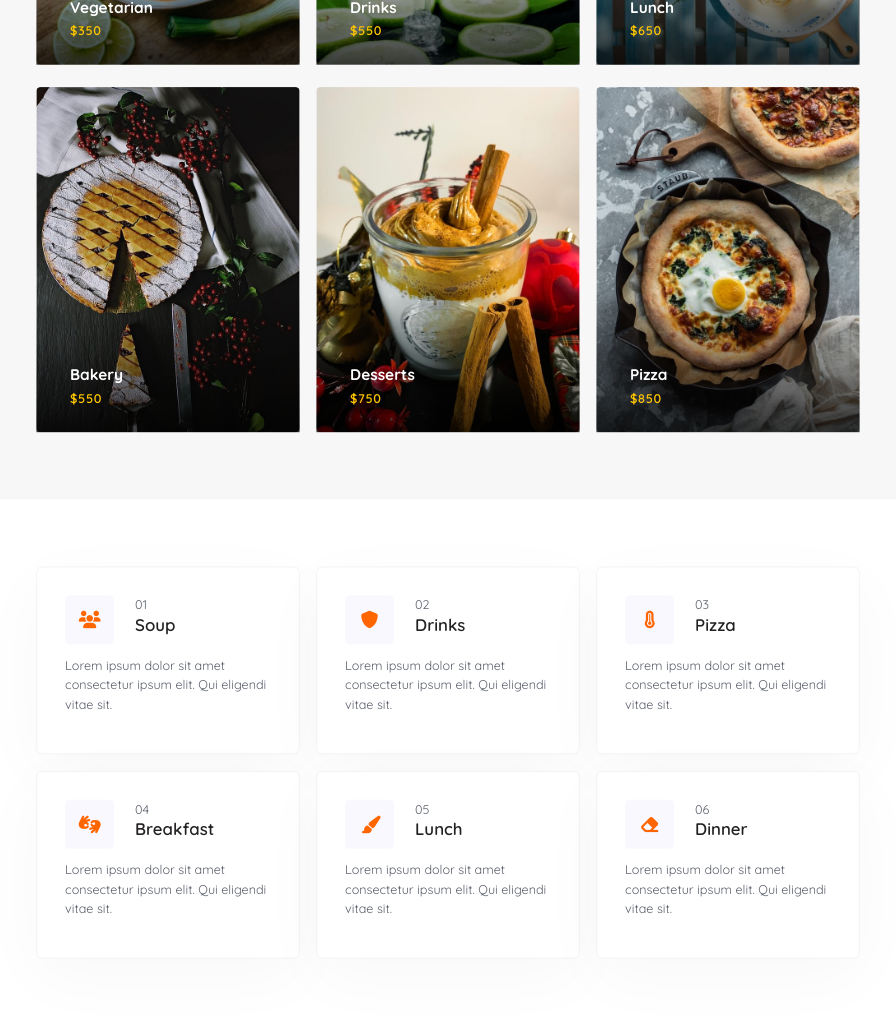
Repository: minhtrivu6199/Diner
Page: index.html
The author's editor kept a copy of each file at every save. The page is drawn from the files as they stood at one save, then again after the next save.
The browser window is 1280 px wide. The pictures show the part of the page from y = 2378 to 4298 px (the page is 3844 px tall before and 4298 px after), at 70% of full size.
Backgrounds fixed to the window are drawn as part of the page. The style sheet was rebuilt from its Sass, Less or Tailwind sources for each picture, by a compiler version that may differ from the author's.

Above is the page before, as saved 2022-10-12 14:55:50.

### index.html
<!DOCTYPE html>
<html lang="en">
  <head>
    <title>Diner</title>
    <!-- Required meta tags -->
    <meta charset="utf-8" />
    <meta
      name="viewport"
      content="width=device-width, initial-scale=1, shrink-to-fit=no"
    />
    <!-- FontAwesome 6.2.0 CSS -->
    <link
      rel="stylesheet"
      href="https://cdnjs.cloudflare.com/ajax/libs/font-awesome/6.2.0/css/all.min.css"
      integrity="sha512-xh6O/CkQoPOWDdYTDqeRdPCVd1SpvCA9XXcUnZS2FmJNp1coAFzvtCN9BmamE+4aHK8yyUHUSCcJHgXloTyT2A=="
      crossorigin="anonymous"
      referrerpolicy="no-referrer"
    />

    <!-- Font -->
    <link rel="preconnect" href="https://fonts.googleapis.com" />
    <link rel="preconnect" href="https://fonts.gstatic.com" crossorigin />
    <link
      href="https://fonts.googleapis.com/css2?family=Roboto:wght@100;300;400;500;700;900&display=swap"
      rel="stylesheet"
    />
    <link
      href="https://fonts.googleapis.com/css2?family=Pacifico&display=swap"
      rel="stylesheet"
    />
    <link
      href="https://fonts.googleapis.com/css2?family=Quicksand:wght@300;400;500;600;700&display=swap"
      rel="stylesheet"
    />

    <!-- Bootstrap CSS v5.2.1 -->
    <link
      href="https://cdn.jsdelivr.net/npm/bootstrap@5.2.1/dist/css/bootstrap.min.css"
      rel="stylesheet"
      integrity="sha384-iYQeCzEYFbKjA/T2uDLTpkwGzCiq6soy8tYaI1GyVh/UjpbCx/TYkiZhlZB6+fzT"
      crossorigin="anonymous"
    />
    <!-- CSS -->
    <link rel="stylesheet" href="./css/style.min.css" />
  </head>

  <body>
    <!-- HEADER BANNER -->
    <section class="header-banner">
      <div class="container">
        <!-- BANNER HEADER -->
        <div class="banner-header">
          <div class="banner-logo">
            <h1>
              <a href="" class="logo-brand">Diner</a>
            </h1>
          </div>
          <div class="banner-right-content">
            <div class="search-bar">
              <form class="search position-relative">
                <input
                  type="search"
                  class="search-input"
                  placeholder="Search here..."
                />
                <span class="fa fa-search search-icon"></span>
              </form>
            </div>
            <div class="menu text-center ms-3">
              <div class="mobile-position">
                <nav class="navigation">
                  <div class="theme-switch-wrapper">
                    <label for="checkbox" class="theme-switch">
                      <input type="checkbox" id="checkbox" />
                      <div class="mode-container">
                        <i class="gg-sun"></i>
                        <i class="gg-moon"></i>
                      </div>
                    </label>
                  </div>
                </nav>
              </div>
              <div class="mobile-nav-button text-center">
                <button id="trigger-overlay" type="button">
                  <i class="fa fa-bars" aria-hidden="true"></i>
                </button>
              </div>
            </div>
          </div>
          <!-- NAV MENU -->
          <div class="overlay overlay-scale">
            <button type="button" class="overlay-close">
              <i class="fa fa-times" aria-hidden="true"></i>
            </button>

            <nav>
              <ul>
                <li><a href="index.html" class="active">Home</a></li>
                <li><a href="about.html">About</a></li>
                <li><a href="services.html">Services</a></li>
                <li><a href="blog.html">Blog</a></li>
                <li><a href="error.html">404</a></li>
                <li><a href="">Landing Page</a></li>
                <li><a href="contact.html">Contact</a></li>
                <li><a href="">Shot Codes</a></li>
                <li><a href="">Email</a></li>
              </ul>
            </nav>
          </div>
          <!-- END NAV MENU -->
        </div>
        <!-- END BANNER HEADER -->
        <div class="banner-info">
          <h3 class="mb-4 title">
            The only thing we love more than food is you!
          </h3>
          <div class="separator"></div>
          <p class="pr-lg-5 mt-md-4 mt-3">
            Lorem ipsum dolor sit amet consectetur ipsum elit. Qui eligendi
            vitae sit.Ea ipsum sed consequuntur illum facere.
          </p>
          <a class="btn btn-white mt-sm-5 mt-4 mr-2" href="about.html">
            Read More
            <span class="fa fa-chevron-right ms-2" aria-hidden="true"></span>
          </a>
        </div>
      </div>
    </section>
    <!-- END HEADER -->

    <!-- ABOUT -->
    <section class="about-us py-5">
      <div class="container py-md-5">
        <div class="row content">
          <div class="col-lg-5 content-left">
            <div class="about-title">
              <h6 class="subtitle">About Us</h6>
              <h3 class="title mb-4">
                We found our creative space that is open for you.
              </h3>
            </div>
          </div>
          <div class="col-lg-7 content-right ps-lg-5">
            <p>
              Lorem ipsum viverra feugiat. Pellen tesque libero ut justo,
              ultrices in ligula. Semper at tempufddfel. Lorem ipsum dolor sit
              amet elit. Non quae, fugiat nihil ad. Lorem ipsum dolor sit amet.
              Lorem ipsum init dolor sit, amet elit. Dolor ipsum non velit,
              culpa!Lorem ipsum init dolor sit.
            </p>
            <p class="mt-3">
              Lorem ipsum viverra feugiat. Pellen tesque libero ut justo,
              ultrices in ligula. Semper at tempufddfel. Lorem ipsum dolor sit
              amet elit. Non quae, fugiat nihil ad. Lorem ipsum dolor sit amet.
            </p>
          </div>
        </div>
      </div>
    </section>
    <!-- END ABOUT -->

    <!-- AGENT -->
    <section class="agent">
      <div class="container-fluid">
        <div class="row align-items-center gx-0">
          <div class="col-lg-6 pt-lg-0 pt-5">
            <div class="agent-image"></div>
          </div>
          <div class="col-lg-6 px-lg-4 py-lg-3 py-4">
            <div class="agent-info p-md-5 p-3">
              <h6 class="subtitle">More than 3000 Restaurants</h6>
              <h3 class="title">Book a table easly at the best price</h3>
              <p class="my-3">
                Vestibulum ante ipsum primis in faucibus orci luctus turpis
                sodales quis. Integer sit amet mattis quam.Vivamus a ligula quam
                tesque et libero ut justo ultrices in.
              </p>
              <div class="agent-interactive mt-5">
                <div class="gd">
                  <div class="icon mb-4">
                    <span class="fa fa-thumbs-up"></span>
                  </div>
                  <a href="#" class="gd-link">Best Deals</a>
                  <p class="mt-2">
                    Lorem ipsum viverra feugiat. Pellen tesque libero justo.
                  </p>
                </div>
                <div class="gd">
                  <div class="icon mb-4">
                    <span class="fa fa-cutlery"></span>
                  </div>
                  <a href="#" class="gd-link">Best Food</a>
                  <p class="mt-2">
                    Lorem ipsum viverra feugiat. Pellen tesque libero justo.
                  </p>
                </div>
              </div>
            </div>
          </div>
        </div>
      </div>
    </section>
    <!-- END AGENT -->

    <!-- CATEGORIES -->
    <section class="categories py-5">
      <div class="container py-md-5 py-2">
        <div class="text-center">
          <h6 class="subtitle">What's New</h6>
          <h3 class="title">Popular Categories</h3>
        </div>
        <div class="categories-product row pt-lg-4 pt-5">
          <div class="col-lg-4 col-6 mt-lg-0 mt-4 position-relative">
            <div class="product-card-img position-relative">
              <a href="#">
                <img src="./img/g1.jpg" alt="" class="img img-fluid" />
              </a>
            </div>
            <div class="product-card-info p-md-5 p-4">
              <a href="#">
                <h4 class="mt-4 mb-0">Vegetarian</h4>
              </a>
              <h6 class="mt-sm-2 mt-1">
                <span>$350</span>
              </h6>
            </div>
          </div>
          <div class="col-lg-4 col-6 mt-lg-0 mt-4 position-relative">
            <div class="product-card-img position-relative">
              <a href="#">
                <img src="./img/g2.jpg" alt="" class="img img-fluid" />
              </a>
            </div>
            <div class="product-card-info p-md-5 p-4">
              <a href="#">
                <h4 class="mt-4 mb-0">Drinks</h4>
              </a>
              <h6 class="mt-sm-2 mt-1">
                <span>$550</span>
              </h6>
            </div>
          </div>
          <div class="col-lg-4 col-6 mt-lg-0 mt-4 position-relative">
            <div class="product-card-img position-relative">
              <a href="#">
                <img src="./img/g3.jpg" alt="" class="img img-fluid" />
              </a>
            </div>
            <div class="product-card-info p-md-5 p-4">
              <a href="#">
                <h4 class="mt-4 mb-0">Lunch</h4>
              </a>
              <h6 class="mt-sm-2 mt-1">
                <span>$650</span>
              </h6>
            </div>
          </div>
          <div class="col-lg-4 col-6 pt-lg-2 mt-4 position-relative">
            <div class="product-card-img position-relative">
              <a href="#">
                <img src="./img/g4.jpg" alt="" class="img img-fluid" />
              </a>
            </div>
            <div class="product-card-info p-md-5 p-4">
              <a href="#">
                <h4 class="mt-4 mb-0">Bakery</h4>
              </a>
              <h6 class="mt-sm-2 mt-1">
                <span>$550</span>
              </h6>
            </div>
          </div>
          <div class="col-lg-4 col-6 pt-lg-2 mt-4 position-relative">
            <div class="product-card-img position-relative">
              <a href="#">
                <img src="./img/g5.jpg" alt="" class="img img-fluid" />
              </a>
            </div>
            <div class="product-card-info p-md-5 p-4">
              <a href="#">
                <h4 class="mt-4 mb-0">Desserts</h4>
              </a>
              <h6 class="mt-sm-2 mt-1">
                <span>$750</span>
              </h6>
            </div>
          </div>
          <div class="col-lg-4 col-6 pt-lg-2 mt-4 position-relative">
            <div class="product-card-img position-relative">
              <a href="#">
                <img src="./img/g6.jpg" alt="" class="img img-fluid" />
              </a>
            </div>
            <div class="product-card-info p-md-5 p-4">
              <a href="#">
                <h4 class="mt-4 mb-0">Pizza</h4>
              </a>
              <h6 class="mt-sm-2 mt-1">
                <span>$850</span>
              </h6>
            </div>
          </div>
        </div>
      </div>
    </section>
    <!-- END CATEGORIES -->

    <!-- SERVICES -->
    <section class="services py-5">
      <div class="container py-lg-5 py-md-3 py-3">
        <div class="row">
          <div class="col-lg-4 col-md-6 col-sm-12">
            <div class="services-box">
              <div class="box">
                <div class="icon">
                  <span class="fa fa-users"></span>
                </div>
                <div class="info">
                  <p>01</p>
                  <h4>
                    <a href="#url">Soup</a>
                  </h4>
                </div>
              </div>
              <p class="mt-3">
                Lorem ipsum dolor sit amet consectetur ipsum elit. Qui eligendi
                vitae sit.
              </p>
            </div>
          </div>
          <div class="col-lg-4 col-md-6 col-sm-12 mt-md-0 mt-4">
            <div class="services-box">
              <div class="box">
                <div class="icon">
                  <span class="fa fa-shield"></span>
                </div>
                <div class="info">
                  <p>02</p>
                  <h4>
                    <a href="#url">Drinks</a>
                  </h4>
                </div>
              </div>
              <p class="mt-3">
                Lorem ipsum dolor sit amet consectetur ipsum elit. Qui eligendi
                vitae sit.
              </p>
            </div>
          </div>
          <div class="col-lg-4 col-md-6 col-sm-12 mt-md-0 mt-4">
            <div class="services-box">
              <div class="box">
                <div class="icon">
                  <span class="fa fa-thermometer-full"></span>
                </div>
                <div class="info">
                  <p>03</p>
                  <h4>
                    <a href="#url">Pizza</a>
                  </h4>
                </div>
              </div>
              <p class="mt-3">
                Lorem ipsum dolor sit amet consectetur ipsum elit. Qui eligendi
                vitae sit.
              </p>
            </div>
          </div>
          <div class="col-lg-4 col-md-6 col-sm-12 mt-4">
            <div class="services-box">
              <div class="box">
                <div class="icon">
                  <span class="fa fa-american-sign-language-interpreting"></span>
                </div>
                <div class="info">
                  <p>04</p>
                  <h4>
                    <a href="#url">Breakfast</a>
                  </h4>
                </div>
              </div>
              <p class="mt-3">
                Lorem ipsum dolor sit amet consectetur ipsum elit. Qui eligendi
                vitae sit.
              </p>
            </div>
          </div>
          <div class="col-lg-4 col-md-6 col-sm-12 mt-4">
            <div class="services-box">
              <div class="box">
                <div class="icon">
                  <span class="fa fa-paint-brush"></span>
                </div>
                <div class="info">
                  <p>05</p>
                  <h4>
                    <a href="#url">Lunch</a>
                  </h4>
                </div>
              </div>
              <p class="mt-3">
                Lorem ipsum dolor sit amet consectetur ipsum elit. Qui eligendi
                vitae sit.
              </p>
            </div>
          </div>
          <div class="col-lg-4 col-md-6 col-sm-12 mt-4">
            <div class="services-box">
              <div class="box">
                <div class="icon">
                  <span class="fa fa-eraser"></span>
                </div>
                <div class="info">
                  <p>06</p>
                  <h4>
                    <a href="#url">Dinner</a>
                  </h4>
                </div>
              </div>
              <p class="mt-3">
                Lorem ipsum dolor sit amet consectetur ipsum elit. Qui eligendi
                vitae sit.
              </p>
            </div>
          </div>
        </div>
      </div>
    </section>
    <!-- END SERVICES -->

    <!-- Bootstrap JavaScript Libraries -->
    <script
      src="https://cdn.jsdelivr.net/npm/@popperjs/core@2.11.6/dist/umd/popper.min.js"
      integrity="sha384-oBqDVmMz9ATKxIep9tiCxS/Z9fNfEXiDAYTujMAeBAsjFuCZSmKbSSUnQlmh/jp3"
      crossorigin="anonymous"
    ></script>

    <script
      src="https://cdn.jsdelivr.net/npm/bootstrap@5.2.1/dist/js/bootstrap.min.js"
      integrity="sha384-7VPbUDkoPSGFnVtYi0QogXtr74QeVeeIs99Qfg5YCF+TidwNdjvaKZX19NZ/e6oz"
      crossorigin="anonymous"
    ></script>
    <!-- Theme-switch -->
    <script src="https://cdnjs.cloudflare.com/ajax/libs/jquery/3.6.1/jquery.min.js" integrity="sha512-aVKKRRi/Q/YV+4mjoKBsE4x3H+BkegoM/em46NNlCqNTmUYADjBbeNefNxYV7giUp0VxICtqdrbqU7iVaeZNXA==" crossorigin="anonymous" referrerpolicy="no-referrer"></script>
    <script src="./js/theme-switch.js"></script>

    <!-- JS -->
    <script src="./js/modernizr-2.6.2.min.js"></script>
    <script src="./js/classie.js"></script>
    <script src="./js/main.js"></script>
  </body>
</html>

### scss/pages/components/_menu.scss
@import '../../base/variables';
.overlay {
	position: fixed;
	width: 100%;
	height: 100%;
	top: 0;
	left: 0;
	background: rgb(6 3 0 / 77%);
}

/* Overlay closing cross */
.overlay .overlay-close {
    width: 40px;
    height: 40px;
    position: absolute;
    right: 40px;
    top: 40px;
    overflow: hidden;
    border: none;
    background: $orange;
    color: #fff;
    border-radius: 6px;
}

button#trigger-overlay {
	outline: none;
	border: none;
	background: none;
	text-align: center;
	color: #fbfdfb;
	font-size: 1.95em;
	padding: 0 8px;
}

/* Menu style */
.overlay nav {
	text-align: center;
	position: relative;
	top: 50%;
	height: 60%;
	-webkit-transform: translateY(-50%);
	transform: translateY(-50%);
}
.overlay ul {
	list-style: none;
	padding: 0;
	margin: 0 auto;
	display: inline-block;
	height: 100%;
	position: relative;
}
.overlay ul li {
	display: block;
	-webkit-backface-visibility: hidden;
	backface-visibility: hidden;
    line-height:3em;
}
.overlay ul li a {
	font-size: 20px;
	font-weight: 600;
	display: block;
	color: #fff;
	-webkit-transition: color 0.2s;
	transition: color 0.2s;
}

.overlay ul li a:hover,
.overlay ul li a:focus {
	color: $orange;
}

/* Effects */
.overlay-scale {
	visibility: hidden;
	opacity: 0;
	-webkit-transform: scale(0.9);
	transform: scale(0.9);
	-webkit-transition: -webkit-transform 0.2s, opacity 0.2s, visibility 0s 0.2s;
	transition: transform 0.2s, opacity 0.2s, visibility 0s 0.2s;
}

.overlay-scale.open {
	visibility: visible;
	opacity: 1;
	-webkit-transform: scale(1);
	transform: scale(1);
	-webkit-transition: -webkit-transform 0.4s, opacity 0.4s;
	transition: transform 0.4s, opacity 0.4s;
}

@media screen and (max-height: 30.5em) {
	.overlay nav {
		height: 70%;
		font-size: 34px;
	}

	.overlay ul li {
		min-height: 34px;
	}
}
@media (max-width:767px) {
	.overlay ul li a {
		font-size: 16px;
	}
	.overlay ul li {
		line-height: 2.5em;
	}
}
@media (max-width:600px) {
	.overlay ul li a {
		font-size: 16px;
	}
	.overlay ul li {
		line-height: 2.2em;
	}
}

### scss/pages/components/_footer.scss
.footer {
  background: #000;
  .footer-logo {
    h2 a {
      font-size: 30px;
      font-weight: 600;
      color: $white;
    }
  }

  p {
    font-size: 17px;
    line-height: 26px;
    color: #a5a2a1;
  }
  .social {
    a {
      margin-right: 10px;
      color: $orange;
      display: inline-block;
      text-align: center;
      font-size: 16px;
      background-color: $white;
      width: 36px;
      height: 36px;
      line-height: 36px;
      border-radius: 6px;
      transition: 0.3s;
      &:hover {
        color: $white;
        background-color: $orange;
      }
    }
  }

  .footer-title {
    font-size: 22px;
    line-height: 28px;
    margin-bottom: 30px;
    font-weight: 700;
    position: relative;
    color: $white;
  }
  li {
    list-style: none;
    margin-bottom: 10px;
    a {
      font-size: 17px;
      line-height: 26px;
      color: #a5a2a1;
      &:hover {
        color: $orange;
      }
    }
  }
  input {
    padding: 14px 20px;
    font-size: 18px;
    line-height: 28px;
    border: 1px solid transparent;
    outline: none;
    width: 100%;
    color: $font-color;
    background: $white;
    border-radius: 6px;
    &:focus {
        border: 1px solid $orange;
    }
  }
}

.copyright {
    background: #000;
    p {
        color: #a5a2a1;
        font-size: 17px;
        a {
            color: $orange;
            &:hover {
                color: $white;
            }
        }
    }

    a {
        font-size: 17px;
        line-height: 26px;
        color: #a5a2a1;
        &:hover {
            color: $orange;
        }
    }
}

Loaded but not shown: js/theme-switch.js (common file); js/modernizr-2.6.2.min.js (library); js/classie.js (77 lines, source omitted); js/main.js (41 lines, source omitted); scss/style.scss (363 lines, source omitted); scss/base/_variables.scss (213 lines, source omitted)

After the next save:
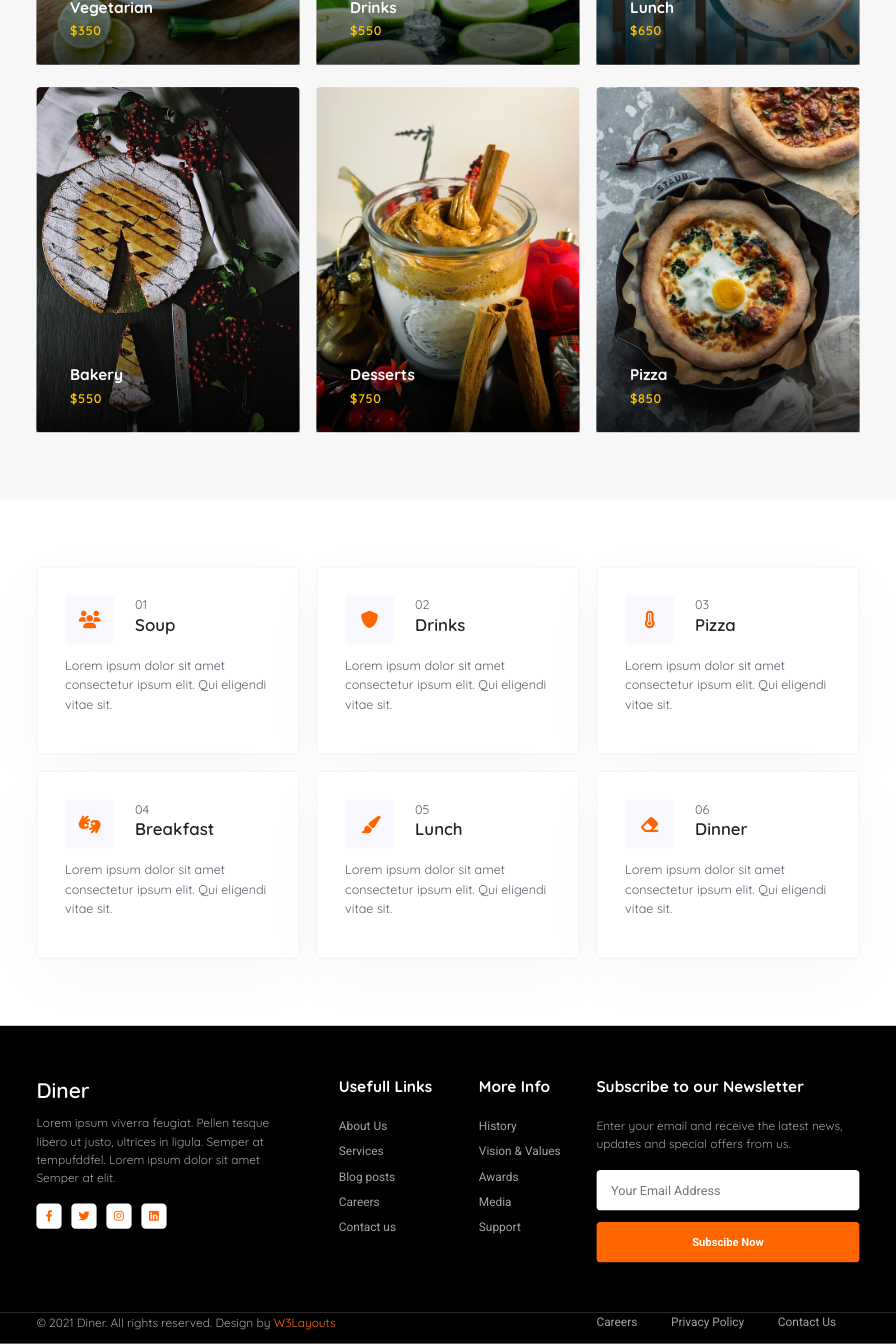
Saved 2 s later.
--- a/index.html
+++ b/index.html
@@ -428,6 +428,116 @@
     </section>
     <!-- END SERVICES -->
 
+     <!-- FOOTER -->
+     <section class="footer">
+      <div class="py-5">
+        <div class="container py-lg-4">
+          <div class="row">
+            <div class="col-lg-4 col-md-6 col-sm-7 pe-lg-5">
+              <div class="footer-logo mb-3">
+                <h2>
+                  <a href="./index.html" class="navbar-brand">Diner</a>
+                </h2>
+              </div>
+              <p>
+                Lorem ipsum viverra feugiat. Pellen tesque libero ut justo,
+                ultrices in ligula. Semper at tempufddfel. Lorem ipsum dolor sit
+                amet Semper at elit.
+              </p>
+              <div class="social mt-4">
+                <a href="" class="icon">
+                  <span class="fab fa-facebook-f"></span>
+                </a>
+                <a href="" class="icon">
+                  <span class="fab fa-twitter"></span>
+                </a>
+                <a href="" class="icon">
+                  <span class="fab fa-instagram"></span>
+                </a>
+                <a href="" class="icon">
+                  <span class="fab fa-linkedin"></span>
+                </a>
+              </div>
+            </div>
+            <div class="col-lg-2 col-md-6 col-sm-5 col-6 mt-sm-0 mt-5">
+              <ul>
+                <h6 class="footer-title">Usefull Links</h6>
+                <li>
+                  <a href="">About Us</a>
+                </li>
+                <li>
+                  <a href="">Services</a>
+                </li>
+                <li>
+                  <a href="">Blog posts</a>
+                </li>
+                <li>
+                  <a href="">Careers</a>
+                </li>
+                <li>
+                  <a href="">Contact us</a>
+                </li>
+              </ul>
+            </div>
+            <div class="col-lg-2 col-md-6 col-sm-5 col-6 mt-sm-0 mt-5">
+              <ul>
+                <h6 class="footer-title">More Info</h6>
+                <li>
+                  <a href="">History</a>
+                </li>
+                <li>
+                  <a href="">Vision & Values</a>
+                </li>
+                <li>
+                  <a href="">Awards</a>
+                </li>
+                <li>
+                  <a href="">Media</a>
+                </li>
+                <li>
+                  <a href="">Support</a>
+                </li>
+              </ul>
+            </div>
+            <div class="col-lg-4 col-md-6 col-sm-7 mt-lg-0 mt-5">
+              <h6 class="footer-title">Subscribe to our Newsletter</h6>
+              <p>
+                Enter your email and receive the latest news, updates and
+                special offers from us.
+              </p>
+              <form action="" class="subscribe mt-4">
+                <input
+                  type="email"
+                  name="email"
+                  placeholder="Your Email Address"
+                />
+                <button class="btn-style w-100 mt-3">Subscibe Now</button>
+              </form>
+            </div>
+          </div>
+        </div>
+      </div>
+    </section>
+    <section class="copyright">
+      <div class="container">
+        <div class="row">
+          <div class="col-lg-8">
+            <p>
+              © 2021 Diner. All rights reserved. Design by
+              <a href="">W3Layouts</a>
+            </p>
+          </div>
+          <div class="col-lg-4">
+            <div class="d-flex text-lg-end">
+              <a href="">Careers</a>
+              <a href="" class="mx-lg-5 mx-md-4 mx-3">Privacy Policy</a>
+              <a href="">Contact Us</a>
+            </div>
+          </div>
+        </div>
+      </div>
+    </section>
+
     <!-- Bootstrap JavaScript Libraries -->
     <script
       src="https://cdn.jsdelivr.net/npm/@popperjs/core@2.11.6/dist/umd/popper.min.js"
